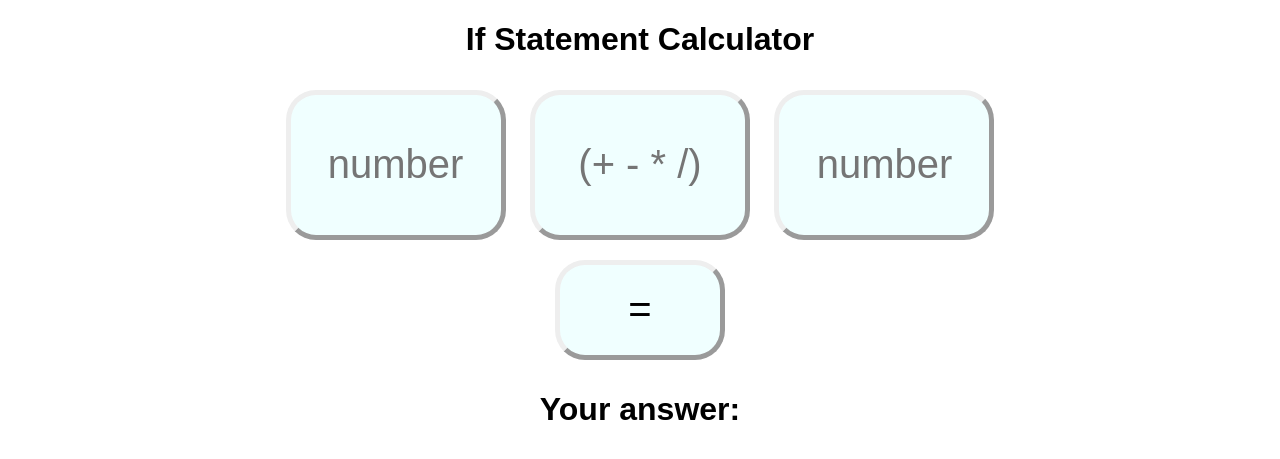
Repository: WesleyErasmus/threeInputCalculator
Page: html/if-calculator.html
These files come from the project's save history. The page is drawn as it stood at one moment and after the next save; the edit follows.
The browser window is 1280 px wide. The pictures show the whole page.

Above is the page before, as saved 2022-04-27 22:32:58.

After the next save:
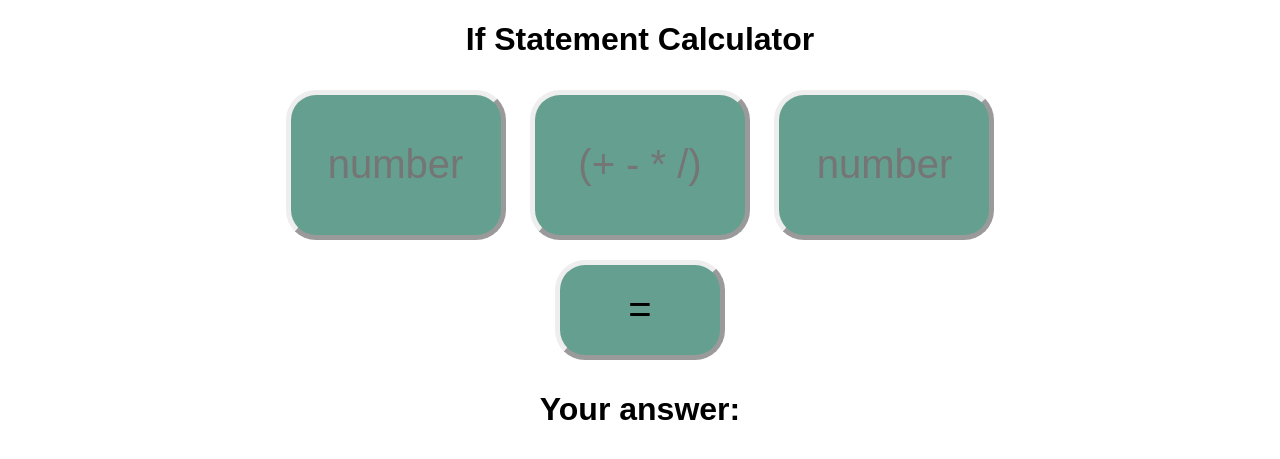
Saved 68 s later.
--- a/css/stylesheet.css
+++ b/css/stylesheet.css
@@ -6,7 +6,7 @@ display: block;
 margin: 0 auto;
 }
 input {
-    background-color: azure;
+    background-color: #659f8f;
     width: 170px;
     height: 100px;
     padding: 20px;
@@ -17,7 +17,7 @@ input {
     border: 5px outset;
 }
 button {
-    background-color: azure;
+    background-color: #659f8f;
     width: 170px;
     height: 100px;
     padding: 0;
